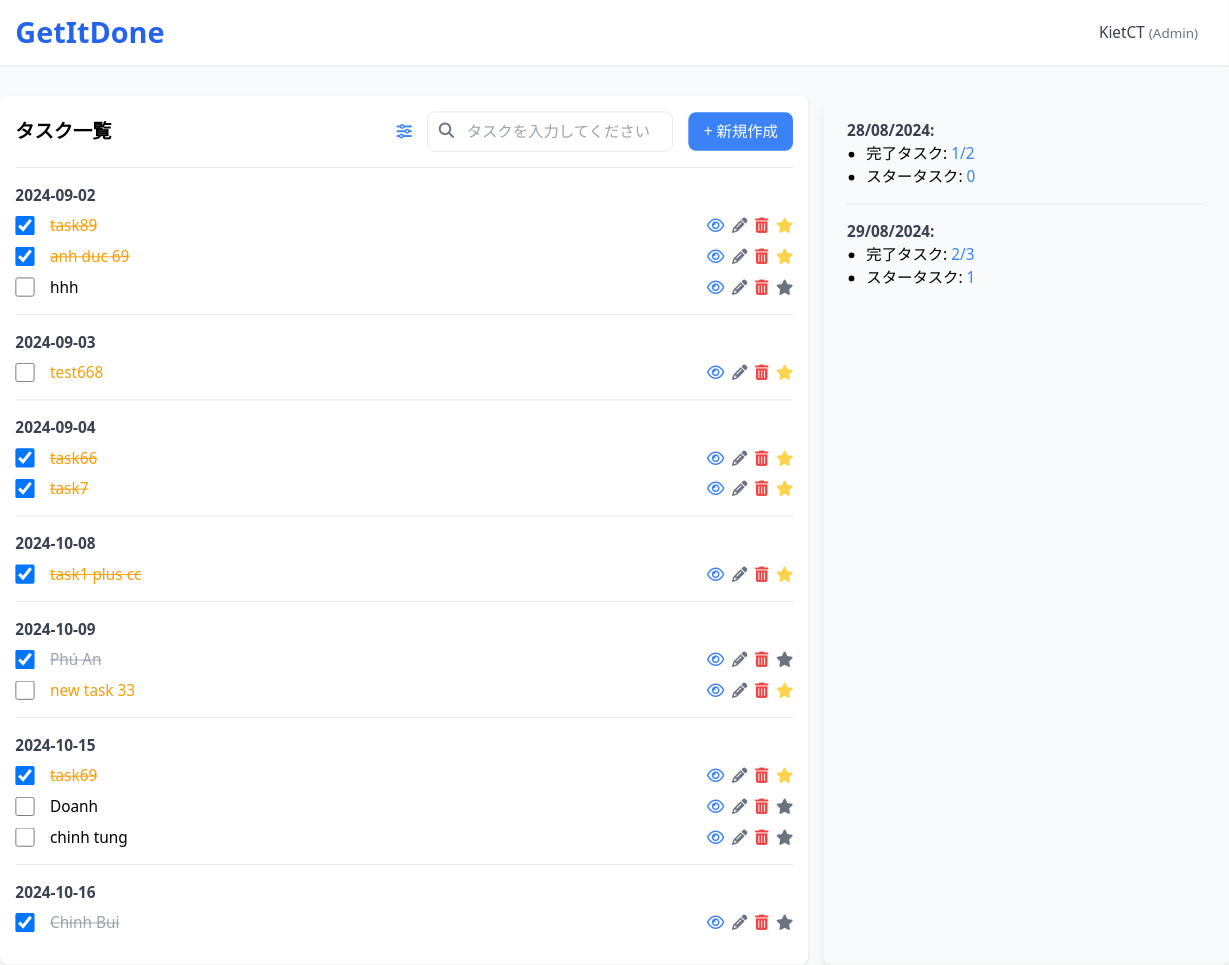
Repository: TuanAnhNguyen723/todolist
Page: http://localhost/mainscreen/mainscreen.php
These files come from the project's save history. The page is drawn as it stood at one moment and after a run of saves; the edit follows.
The browser window is 1280 px wide. The pictures show the whole page, at 96% of full size.
Some web libraries are served in a nearby version. The page is run by PHP 8.4 with error messages shown; the project is at /var/www/html/. The database holds what the project's SQL file puts in it.

Above is the page before, as saved 2024-10-02 14:10:38.

### mainscreen/mainscreen.php
<!DOCTYPE html>
<?php
include '../mainscreen/mainscreenController.php';
?>

<html lang="ja">
  <head>
    <meta charset="UTF-8" />
    <meta name="viewport" content="width=device-width, initial-scale=1.0" />
    <title>GetItDone Task List</title>
    <link
      href="https://cdn.jsdelivr.net/npm/tailwindcss@2.2.19/dist/tailwind.min.css"
      rel="stylesheet"
    />
    <link
      rel="stylesheet"
      href="https://cdnjs.cloudflare.com/ajax/libs/font-awesome/6.6.0/css/all.min.css"
    />

    <link href="./mainscreen.css">
    <script src="./mainscreen.js" defer></script>

    <style>
      .form-checkbox:checked {
        background-color: #ECC94B; /* Màu vàng tương đương với bg-yellow-500 */
        border-color: #ECC94B; /* Viền vàng */
      }
    </style>
  </head>
  <body class="bg-gray-50">
    <!-- Header Section -->
    <header class="bg-white shadow p-4 flex justify-between items-center">
      <div class="flex items-center">
        <h1 class="text-3xl font-bold text-blue-600">GetItDone</h1>
      </div>
      <div class="flex items-center">
        <span class="text-gray-700 mr-4"
          >KietCT <span class="text-sm text-gray-500">(Admin)</span></span
        >
      </div>
    </header>

    <!-- Main Section -->
    <main class="container mx-auto mt-8">
      <div class="flex justify-between">
        <!-- Task List -->
        <div class="w-2/3 bg-white p-4 shadow rounded-lg">
          <div class="flex justify-between items-center mb-4">
            <!-- Task List Title -->
            <h2 class="text-xl font-bold">タスク一覧</h2>

            <div class="flex items-center space-x-4">
              <!-- Filter Icon -->
              <button class="text-blue-500 hover:text-gray-700">
                <i class="fas fa-sliders-h"></i>
              </button>

              <!-- Search Input with Icon -->
              <div class="relative">
                <input
                  type="text"
                  class="border rounded-lg pl-10 pr-3 py-2 w-64"
                  placeholder="タスクを入力してください"
                />
                <!-- Search Icon -->
                <i
                  class="fas fa-search absolute left-3 top-3 text-gray-500"
                ></i>
              </div>

              <!-- New Task Button -->
              <button
                class="newtask bg-blue-500 text-white px-4 py-2 rounded-lg"
              >
                + 新規作成
              </button>
            </div>
          </div>

          <!-- Task Groups by Date -->
          <div class="task-container">
          <?php foreach ($tasks_by_date as $date => $tasks): ?>
            <div class="mb-4 border-t pt-4">
                <h3 class="font-bold text-gray-700"><?php echo htmlspecialchars($date); ?></h3>

                <?php foreach ($tasks as $task): ?>
                    <div class="task-container2 flex justify-between items-center space-x-4 my-2">
                        <div class="flex items-center space-x-4">
                            <!-- // Kết hợp giữa trạng thái checked và trạng thái star -->
                            <input
                                type="checkbox"
                                class="form-checkbox h-5 w-5 toggle-complete <?php echo $task['star'] ? 'checked' : ''; ?>"
                                data-task-id="<?php echo $task['task_id']; ?>"
                                <?php echo $task['checked'] ? 'checked' : ''; ?>
                            />
                            <!-- // Kết hợp trạng thái star với việc đánh dấu gạch ngang nếu hoàn thành -->
                            <span class="task-text <?php echo $task['checked'] ? 'line-through text-gray-400' : ''; ?> <?php echo $task['star'] ? 'text-yellow-500' : ''; ?>">
                                <?php echo htmlspecialchars($task['title']); ?>
                            </span>
                        </div>
                        <div class="flex space-x-2">
                            <!-- Nút xem chi tiết -->
                            <button class="text-blue-500 hover:text-blue-700">
                                <i class="fa fa-eye"></i>
                            </button>

                            <!-- Nút sửa -->
                            <button class="text-gray-500 hover:text-gray-700 edit-task-button" data-task-id="<?php echo $task['task_id']; ?>">
                                <i class="fa fa-pencil"></i>
                            </button>

                            <!-- Nút xóa -->
                            <form action="./mainscreenController.php" method="POST" style="display:inline;">
                                <input type="hidden" name="task_id" value="<?php echo $task['task_id']; ?>">
                                <button type="submit" name="delete_task" class="text-red-500 hover:text-red-700">
                                    <i class="fa fa-trash"></i>
                                </button>
                            </form>

                            <!-- // Kết hợp trạng thái star -->
                            <button class="text-gray-500 hover:text-yellow-300 star-icon <?php echo $task['star'] ? 'text-yellow-300' : ''; ?>" data-task-id="<?php echo $task['task_id']; ?>">
                                <i class="fa fa-star"></i>
                            </button>
                        </div>
                    </div>
                <?php endforeach; ?>
            </div>
          <?php endforeach; ?>



          </div>
        </div>

        <!-- Task Completion Summary -->
        <div
          id="task-summary"
          class="w-1/3 bg-grey-900 p-6 rounded-lg shadow-lg ml-4"
        >
          <h3 class="font-bold text-gray-700">28/08/2024:</h3>
          <ul class="list-disc pl-5">
            <li>完了タスク: <span class="text-blue-500">1/2</span></li>
            <li>スタータスク: <span class="text-blue-500">0</span></li>
          </ul>

          <h3 class="font-bold text-gray-700 mt-4 border-t pt-4">
            29/08/2024:
          </h3>
          <ul class="list-disc pl-5">
            <li>完了タスク: <span class="text-blue-500">2/3</span></li>
            <li>スタータスク: <span class="text-blue-500">1</span></li>
          </ul>
        </div>

        <!-- Task Add Modal -->
        <div id="taskAddModal" class="fixed z-50 inset-0 overflow-y-auto hidden">
          <div class="flex items-center justify-center min-h-screen bg-black bg-opacity-50">
            <div class="relative bg-white w-96 p-6 rounded-lg shadow-lg">
              <!-- Close Button -->
              <button id="closeModal" class="absolute top-2 right-2 text-gray-500 hover:text-gray-700">
                <i class="fas fa-times"></i>
              </button>

              <!-- Modal Title -->
              <h2 class="text-2xl font-bold mb-4">タスク追加</h2>

              <!-- Form -->

              <form action="mainscreenController.php" method="POST">
                <!-- Task Title -->
                <input
                  name="title"
                  type="text"
                  placeholder="タイトルが入力してください"
                  class="title w-full border border-gray-300 p-2 rounded-lg mb-4"
                />

                <!-- Date Pickers -->
                <div class="flex justify-between space-x-4 mb-4">
                  <div class="w-1/2 relative">
                    <label for="time_start" class="sr-only">Start Date</label>
                    <input
                      type="date"
                      name="time_start"
                      class="w-full border border-gray-300 p-2 rounded-lg"
                    />
                  </div>
                  <div class="w-1/2 relative">
                    <label for="time_end" class="sr-only">End Date</label>
                    <input
                      type="date"
                      name="time_end"
                      class="w-full border border-gray-300 p-2 rounded-lg"
                    />
                  </div>
                </div>

                <!-- Task Description -->
                <textarea
                  name="description"
                  placeholder="ディスクリプが入力してください"
                  class="w-full border border-gray-300 p-2 rounded-lg mb-4"
                  rows="4"
                ></textarea>

                <!-- Buttons -->
                <div class="flex justify-between">
                  <button
                    type="submit"
                    class="bg-blue-500 text-white px-4 py-2 rounded-lg w-full mr-2"
                  >
                    作成
                  </button>
                  <button
                    type="button"
                    class="border border-blue-500 text-blue-500 px-4 py-2 rounded-lg w-full"
                    id="cancelButton"
                  >
                    キャンセル
                  </button>
                </div>
              </form>

            </div>
          </div>
        </div>

        <!-- Filter Modal -->
        <div
          id="filterModal"
          class="fixed inset-0 bg-black bg-opacity-30 flex justify-center items-center hidden"
        >
          <div class="bg-white p-6 rounded-lg shadow-lg w-80">
            <h2 class="text-xl font-bold mb-4">フィルターオプション</h2>

            <!-- Status Dropdown -->
            <div class="mb-4 relative">
              <label class="block text-gray-700 font-semibold"
                >ステータス</label
              >
              <button
                id="statusButton"
                class="bg-gray-200 border border-gray-300 p-2 w-full text-left rounded-lg flex justify-between items-center"
              >
                <span id="statusText">全ステータス</span>
                <i class="fas fa-chevron-down"></i>
              </button>

              <ul
                id="statusDropdown"
                class="absolute bg-white border border-gray-300 rounded-lg w-full hidden mt-1 z-10"
              >
                <li
                  class="p-2 hover:bg-blue-500 hover:text-white cursor-pointer"
                  data-value="全ステータス"
                >
                  全ステータス
                </li>
                <li
                  class="p-2 hover:bg-blue-500 hover:text-white cursor-pointer"
                  data-value="完了"
                >
                  完了
                </li>
                <li
                  class="p-2 hover:bg-blue-500 hover:text-white cursor-pointer"
                  data-value="未完了"
                >
                  未完了
                </li>
              </ul>
            </div>

            <!-- Date Picker -->
            <div class="flex items-center mb-4">
              <i class="fas fa-calendar mr-2"></i>
              <span>締め切り</span>
            </div>

            <!-- Star Task Checkbox -->
            <div class="flex items-center mb-4">
              <input type="checkbox" id="starTask" class="mr-2" />
              <label for="starTask">スタータスク</label>
            </div>

            <!-- Buttons -->
            <div class="flex justify-between">
              <button
                id="resetButton"
                class="bg-gray-300 text-gray-700 px-4 py-2 rounded-lg"
              >
                リセット
              </button>
              <button
                id="applyButton"
                class="bg-blue-500 text-white px-4 py-2 rounded-lg"
              >
                適用
              </button>
            </div>
          </div>
        </div>


     <!-- Modal chỉnh sửa task -->
      <div id="taskEditModal" class="fixed z-50 inset-0 overflow-y-auto hidden">
        <div class="flex items-center justify-center min-h-screen bg-black bg-opacity-50">
          <div class="relative bg-white w-96 p-6 rounded-lg shadow-lg">
            <!-- Close Button -->
            <button id="closeEditModal" class="absolute top-2 right-2 text-gray-500 hover:text-gray-700">
              <i class="fas fa-times"></i>
            </button>



            <!-- Modal Content -->
            <h2 class="text-2xl font-bold mb-4">タスク編集</h2>
            <!-- Form -->
            <form id="editTaskForm" action="mainscreenController.php" method="POST">
              <!-- Task ID (ẩn) để biết nhiệm vụ nào cần chỉnh sửa -->
              <input type="hidden" name="edit_task_id" value="">

              <!-- Task Title -->
              <input name="edit_title" type="text" placeholder="タイトルを入力してください" class="edit-title w-full border border-gray-300 p-2 rounded-lg mb-4" />

              <!-- Date Pickers -->
              <div class="flex justify-between space-x-4 mb-4">
                <div class="w-1/2 relative">
                  <label for="edit_time_start" class="sr-only">Start Date</label>
                  <input type="date" name="edit_time_start" class="edit-time-start w-full border border-gray-300 p-2 rounded-lg" />
                </div>
                <div class="w-1/2 relative">
                  <label for="edit_time_end" class="sr-only">End Date</label>
                  <input type="date" name="edit_time_end" class="edit-time-end w-full border border-gray-300 p-2 rounded-lg" />
                </div>
              </div>

              <!-- Task Description -->
              <textarea name="edit_description" placeholder="ディスクリプションを入力してください" class="edit-description w-full border border-gray-300 p-2 rounded-lg mb-4" rows="4"></textarea>

              <!-- Buttons -->
              <div class="flex justify-between">
                <button id="saveEditButton" class="bg-blue-500 text-white px-4 py-2 rounded-lg w-full mr-2">
                  保存
                </button>
                <button type="button" class="border border-blue-500 text-blue-500 px-4 py-2 rounded-lg w-full" id="cancelEditButton">
                  キャンセル
                </button>
              </div>
            </form>
          </div>
        </div>
      </div>

      </div>
    </main>

    <!-- Icons FontAwesome -->
    <script src="https://kit.fontawesome.com/a076d05399.js"></script>
  </body>
</html>

### mainscreen/mainscreenController.php
<?php
// Kết nối đến CSDL
include '../config.php';

// Kiểm tra nếu form được gửi đi
if ($_SERVER['REQUEST_METHOD'] == 'POST') {

    if ($conn->connect_error) {
        die("Connection failed: " . $conn->connect_error);
    }

    // Xử lý cập nhật trạng thái 'checked' của task
    if (isset($_POST['task_id']) && isset($_POST['checked'])) {
        $task_id = intval($_POST['task_id']);
        $checked = intval($_POST['checked']);

        $sql = "UPDATE task SET checked = ? WHERE task_id = ?";
        $stmt = $conn->prepare($sql);

        if ($stmt === false) {
            die('Lỗi chuẩn bị SQL: ' . $conn->error);
        }

        $stmt->bind_param("ii", $checked, $task_id);

        if ($stmt->execute()) {
            echo "Trạng thái nhiệm vụ đã được cập nhật thành công.";
        } else {
            echo "Lỗi khi cập nhật trạng thái nhiệm vụ.";
        }

        $stmt->close();
        $conn->close();
        exit();
    }

    // Xử lý yêu cầu thêm task mới
    if (isset($_POST['title']) && isset($_POST['time_start']) && isset($_POST['time_end'])) {
        $title = $_POST['title'];
        $description = $_POST['description'];
        $time_start = $_POST['time_start'];
        $time_end = $_POST['time_end'];

        if (empty($title) || empty($time_start) || empty($time_end)) {
            header("Location: mainscreen.php?error=empty_fields");
            exit;
        }

        $sql = "INSERT INTO task (title, description, time_start, time_end, checked, user_id, grouptask_id)
                VALUES (?, ?, ?, ?, 0, 'some_user_id', 'some_group_id')";
        $stmt = $conn->prepare($sql);

        if ($stmt === false) {
            die('Lỗi chuẩn bị SQL: ' . $conn->error);
        }

        $stmt->bind_param("ssss", $title, $description, $time_start, $time_end);

        if ($stmt->execute()) {
            header("Location: mainscreen.php?success=1");
            exit();
        } else {
            header("Location: mainscreen.php?error=insert_failed");
            exit();
        }

        $stmt->close();
        $conn->close();
    }

    // Xử lý yêu cầu xóa task
    if (isset($_POST['task_id']) && isset($_POST['delete_task'])) {
        $task_id = intval($_POST['task_id']);

        $sql = "DELETE FROM task WHERE task_id = ?";
        $stmt = $conn->prepare($sql);

        if ($stmt === false) {
            die('Lỗi chuẩn bị SQL: ' . $conn->error);
        }

        $stmt->bind_param("i", $task_id);

        if ($stmt->execute()) {
            echo "Nhiệm vụ đã được xóa thành công.";
        } else {
            echo "Lỗi khi xóa nhiệm vụ.";
        }

        $stmt->close();
        $conn->close();
        exit();
    }

    // Xử lý yêu cầu chỉnh sửa (update) task
    if (isset($_POST['edit_task']) && isset($_POST['task_id'])) {
        $task_id = intval($_POST['task_id']);
        $title = $_POST['title'];
        $description = $_POST['description'];
        $time_start = $_POST['time_start'];
        $time_end = $_POST['time_end'];

        // Kiểm tra task_id đã tồn tại và cập nhật dữ liệu
        $sql = "UPDATE task SET title = ?, description = ?, time_start = ?, time_end = ? WHERE task_id = ?";
        $stmt = $conn->prepare($sql);

        if ($stmt === false) {
            die('Lỗi chuẩn bị SQL: ' . $conn->error);
        }

        $stmt->bind_param("ssssi", $title, $description, $time_start, $time_end, $task_id);

        if ($stmt->execute()) {
            echo "Nhiệm vụ đã được cập nhật thành công.";
        } else {
            echo "Lỗi khi cập nhật nhiệm vụ.";
        }

        $stmt->close();
        $conn->close();
        exit();
    }

// Xử lý cập nhật trạng thái 'star' của task
if (isset($_POST['task_id']) && isset($_POST['star'])) {
    $task_id = intval($_POST['task_id']);
    $star = intval($_POST['star']);

    $sql = "UPDATE task SET star = ? WHERE task_id = ?";
    $stmt = $conn->prepare($sql);

    if ($stmt === false) {
        die('Lỗi chuẩn bị SQL: ' . $conn->error);
    }

    $stmt->bind_param("ii", $star, $task_id);

    if ($stmt->execute()) {
        echo "Trạng thái ngôi sao đã được cập nhật thành công.";
    } else {
        echo "Lỗi khi cập nhật trạng thái ngôi sao.";
    }

    $stmt->close();
    $conn->close();
    exit();
}

}

if (isset($_GET['task_id'])) {
    $task_id = intval($_GET['task_id']); // Đảm bảo task_id là số nguyên hợp lệ

    // Chuẩn bị câu truy vấn SQL để lấy thông tin task dựa trên task_id
    $sql = "SELECT * FROM task WHERE task_id = ?";
    $stmt = $conn->prepare($sql);

    if ($stmt === false) {
        die('Lỗi chuẩn bị SQL: ' . $conn->error);
    }

    $stmt->bind_param("i", $task_id);
    $stmt->execute();
    $result = $stmt->get_result();

    if ($result->num_rows > 0) {
        // Trả về duy nhất một task có task_id đã click
        $task = $result->fetch_assoc();
        echo json_encode($task); // Trả về dữ liệu JSON
    } else {
        echo json_encode(['error' => 'Không tìm thấy task.']);
    }

    $stmt->close();
    $conn->close();
    exit();
}


// Truy vấn tất cả các nhiệm vụ từ bảng task và sắp xếp theo time_start
$sql = "SELECT * FROM task ORDER BY time_start ASC";
$result = $conn->query($sql);

$tasks_by_date = [];

if ($result->num_rows > 0) {
    while ($row = $result->fetch_assoc()) {
        $date = date('Y-m-d', strtotime($row['time_start']));
        $tasks_by_date[$date][] = $row;
    }
} else {
    $tasks_by_date = []; // Không có dữ liệu
}

// Đóng kết nối
$conn->close();

### config.php
<?php
define('DB_SERVER', 'localhost');
define('DB_USERNAME', 'root');
define('DB_PASSWORD', '');
define('DB_NAME', 'todolistdb');

$conn = mysqli_connect(DB_SERVER, DB_USERNAME, DB_PASSWORD, DB_NAME);



if($conn === false){
    die("ERROR: Could not connect. " . mysqli_connect_error());
}
?>

### todolistdb.sql (the tables this page reads)
CREATE TABLE `task` (
  `task_id` int(11) NOT NULL,
  `title` varchar(255) NOT NULL,
  `description` varchar(255) NOT NULL,
  `time_start` date NOT NULL,
  `time_end` date NOT NULL,
  `checked` tinyint(1) NOT NULL,
  `user_id` varchar(10) NOT NULL,
  `grouptask_id` varchar(10) NOT NULL,
  `star` tinyint(1) NOT NULL
) ENGINE=InnoDB DEFAULT CHARSET=utf8mb4 COLLATE=utf8mb4_general_ci;

INSERT INTO `task` (`task_id`, `title`, `description`, `time_start`, `time_end`, `checked`, `user_id`, `grouptask_id`, `star`) VALUES
(26, 'task89', 'test89', '2024-09-02', '2024-09-11', 1, 'some_user_', 'some_group', 1),
(28, 'task1 plus  cc', 'test1 plus cc', '2024-10-08', '2024-09-10', 1, 'some_user_', 'some_group', 1),
(30, 'task66', 'test66', '2024-09-04', '2024-09-13', 1, 'some_user_', 'some_group', 1),
(36, 'task69', 'test69\r\n', '2024-10-15', '2024-10-17', 1, 'some_user_', 'some_group', 1),
(38, 'task7', 'test7', '2024-09-04', '2024-10-15', 1, 'some_user_', 'some_group', 1),
(42, 'Doanh', 'đần', '2024-10-15', '2024-10-14', 0, 'some_user_', 'some_group', 0),
(46, 'Phú An', 'An ', '2024-10-09', '2024-10-14', 1, 'some_user_', 'some_group', 0),
(56, 'Chinh Bui', 'tft', '2024-10-16', '2024-10-21', 1, 'some_user_', 'some_group', 0),
(58, '              anh duc 69            ', 'anh duc 69', '2024-09-02', '2024-10-08', 1, 'some_user_', 'some_group', 1),
(59, '                            test668                        ', 'test668', '2024-09-03', '2024-10-08', 0, 'some_user_', 'some_group', 1),
(61, 'chinh tung', 'tung chinh', '2024-10-15', '2024-10-08', 0, 'some_user_', 'some_group', 0),
(62, 'new task 33', 'new test 3 3', '2024-10-09', '2024-10-11', 0, 'some_user_', 'some_group', 1),
(63, 'hhh', 'hhh', '2024-09-02', '2024-10-07', 0, 'some_user_', 'some_group', 0);

ALTER TABLE `task`
  ADD PRIMARY KEY (`task_id`);

ALTER TABLE `task`
  MODIFY `task_id` int(11) NOT NULL AUTO_INCREMENT, AUTO_INCREMENT=64;

Loaded but not shown: mainscreen/mainscreen.js (321 lines, source omitted)

After the next 2 saves:
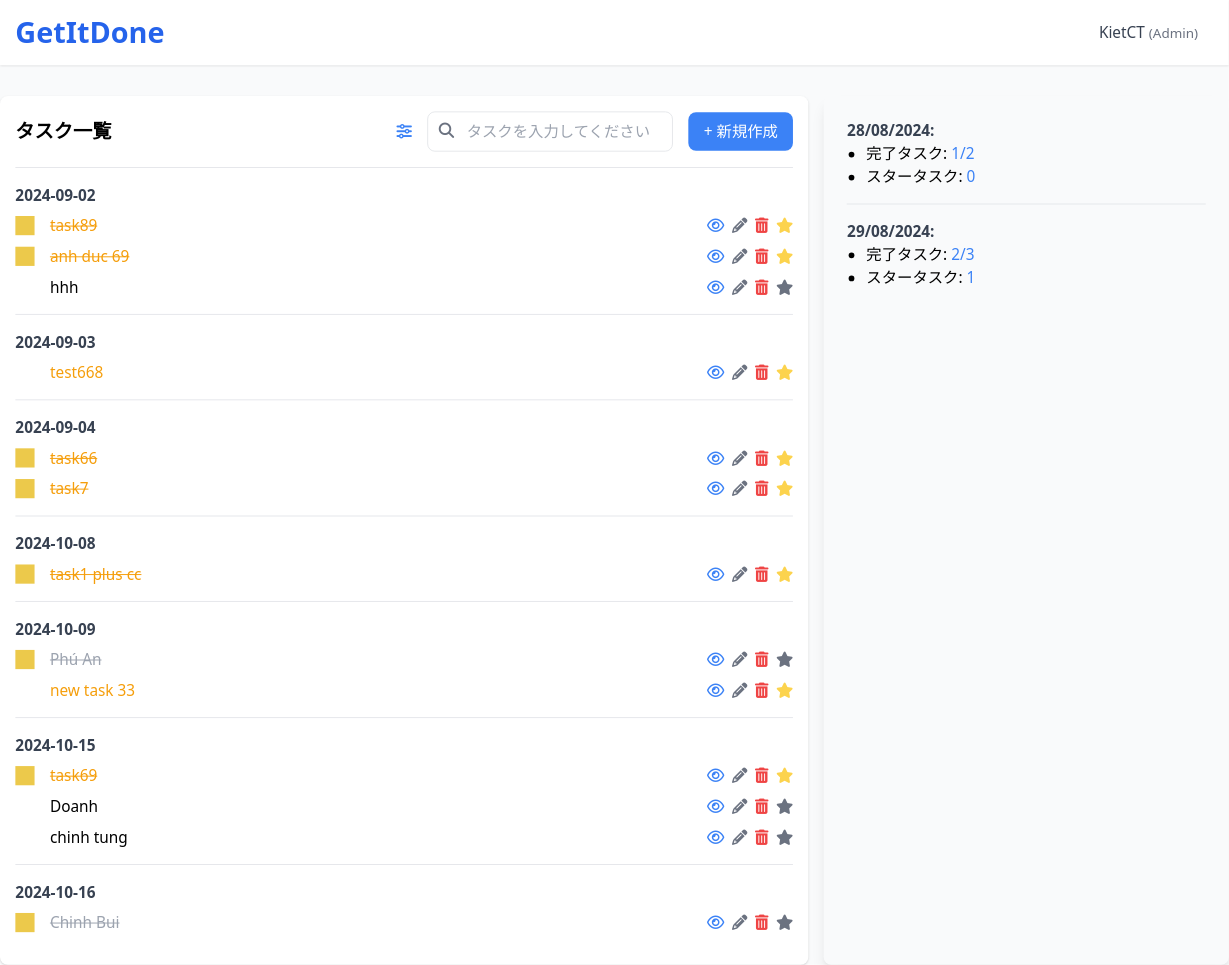
The 2 saves are shown as one change because they came seconds apart.
The last was saved 73 s later.
--- a/mainscreen/mainscreen.php
+++ b/mainscreen/mainscreen.php
@@ -89,7 +89,7 @@ include '../mainscreen/mainscreenController.php';
                             <!-- // Kết hợp giữa trạng thái checked và trạng thái star -->
                             <input
                                 type="checkbox"
-                                class="form-checkbox h-5 w-5 toggle-complete <?php echo $task['star'] ? 'checked' : ''; ?>"
+                                class="appearance-none form-checkbox h-5 w-5 toggle-complete <?php echo $task['star'] ? 'checked' : ''; ?>"
                                 data-task-id="<?php echo $task['task_id']; ?>"
                                 <?php echo $task['checked'] ? 'checked' : ''; ?>
                             />
